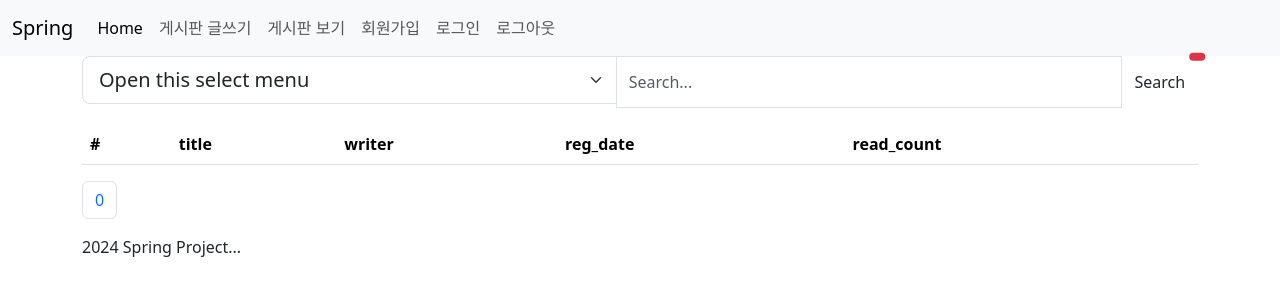
Repository: wanted2001/jsp_project
Page: http://localhost/spring_study/WEB-INF/views/board/list.jsp
These files come from the project's save history. The page is drawn as it stood at one moment and after the next save; the edit follows.
The browser window is 1280 px wide. The pictures show the whole page.
The page is served by Tomcat 9. Nobody is signed in. The template is opened directly, without the code that normally fills it, so the values that code supplies are empty.

Above is the page before, as saved 2024-04-25 02:41:53.

After the next save:
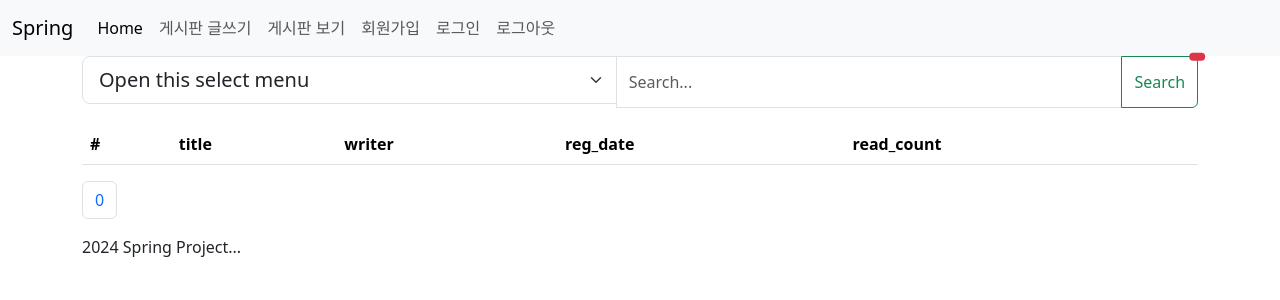
Saved 48 s later.
--- a/spring_study/src/main/webapp/WEB-INF/views/board/list.jsp
+++ b/spring_study/src/main/webapp/WEB-INF/views/board/list.jsp
@@ -18,7 +18,7 @@
 				aria-label="Text input with dropdown button" name="keyword">
 			<input type="hidden" name="pageNo" value="1">
 			<input type="hidden" name="qty" value="10">
-			<button type="button" class="btn btn-success-bg position-relative">
+			<button type="button" class="btn btn-outline-success">
 				Search <span
 					class="position-absolute top-0 start-100 translate-middle badge rounded-pill bg-danger">
 					${ph.totalCount} <span class="visually-hidden">unread messages</span>
